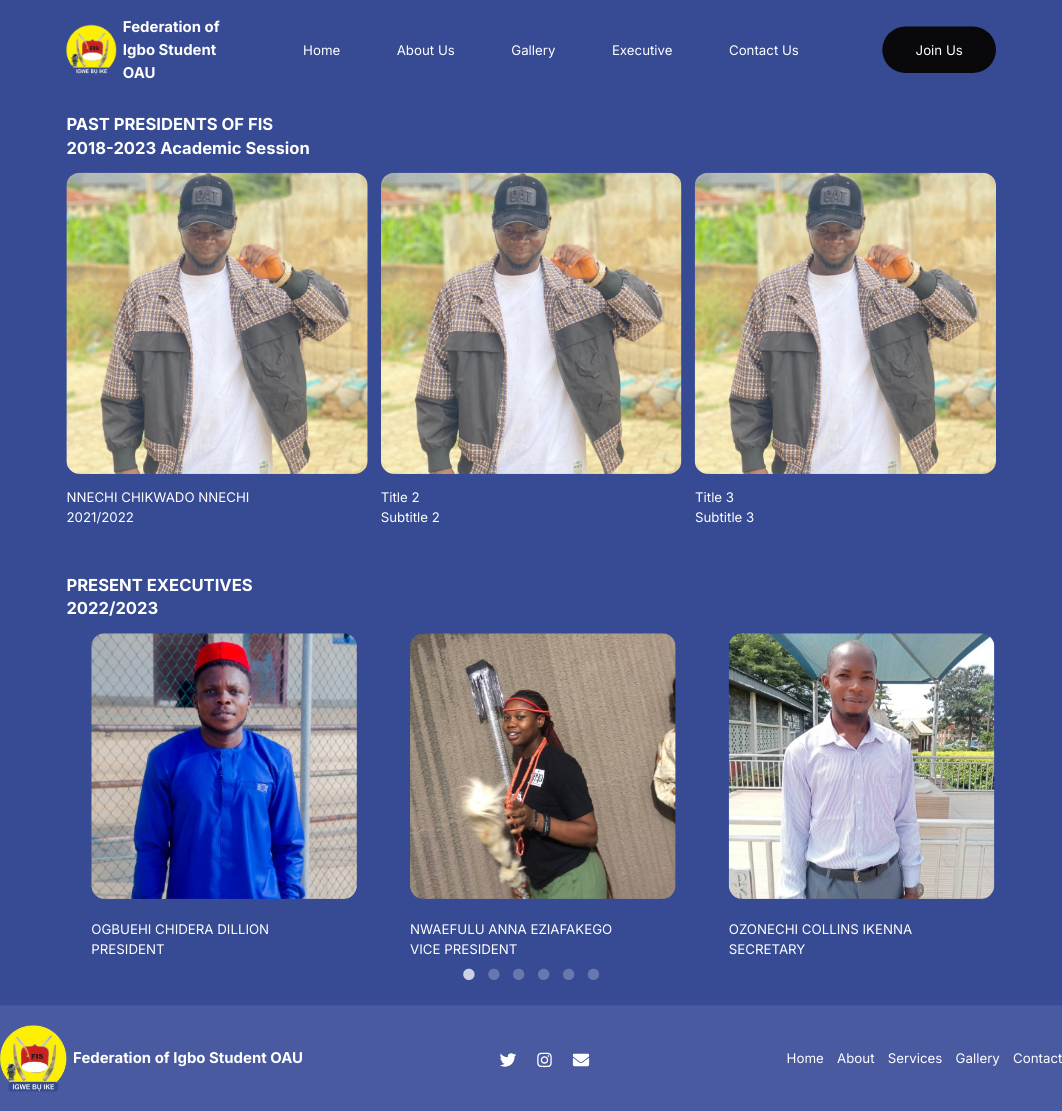
Repository: akinolapo/fis
Page: /executive
The author's editor kept a copy of each file at every save. The page is drawn from the files as they stood at one save, then again after the next save.
The browser window is 1280 px wide. The pictures show the whole page, at 83% of full size.
The project was rebuilt for these pictures with package versions that can differ from the ones it lists, and the page was loaded fresh each time. The framework's server and built-in components were replaced by stand-ins that run in the browser. Also part of the build but not shown: next.config.mjs.

Above is the page before, as saved 2024-05-06 23:14:39.

After the next save:
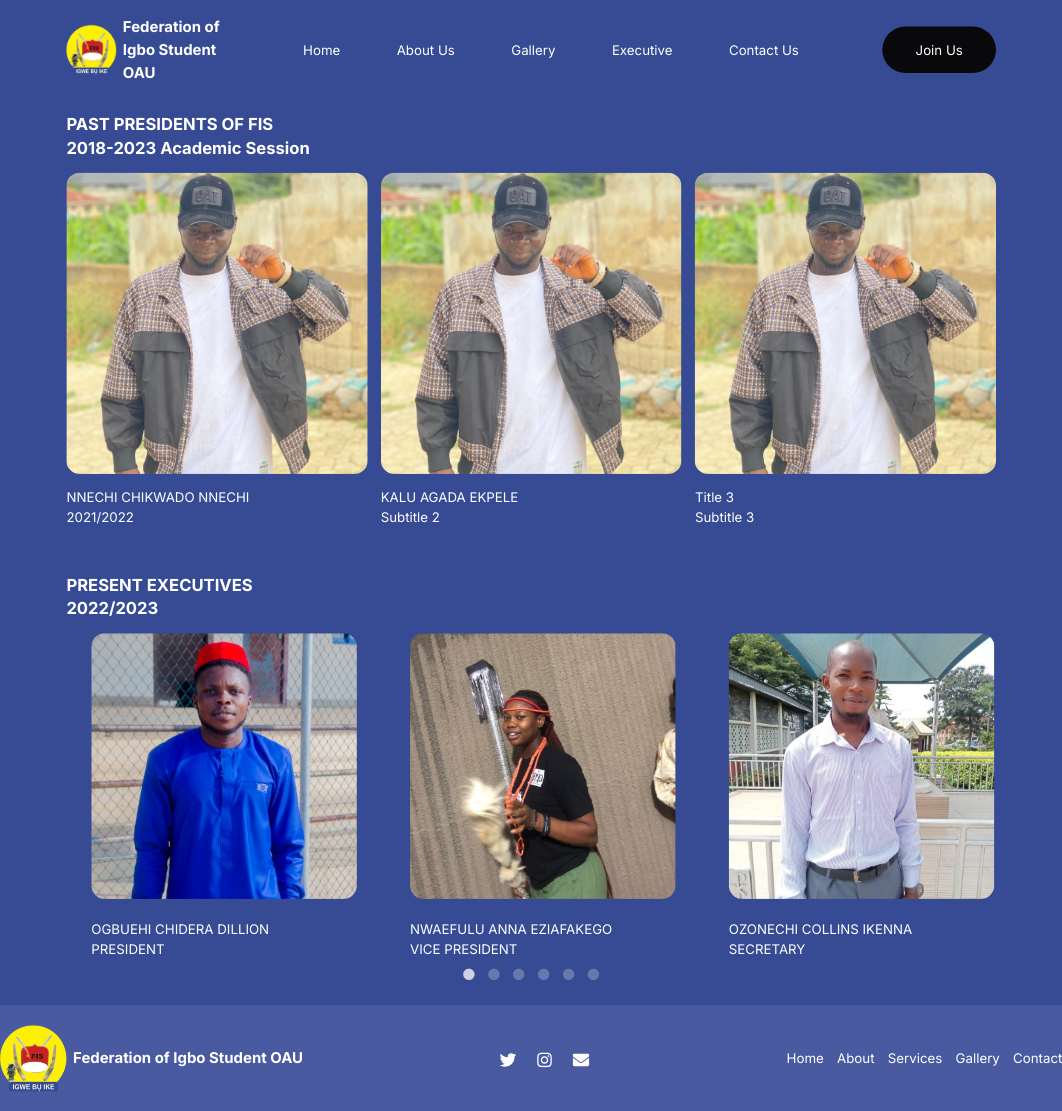
Saved 41 s later.
--- a/app/components/ImageTitle/ThreeImagesWithTitles.tsx
+++ b/app/components/ImageTitle/ThreeImagesWithTitles.tsx
@@ -12,7 +12,7 @@
         />
         <ImageWithTitle
           imageSrc="/images/exc1.jpeg"
-          title="Title 2"
+          title="KALU AGADA EKPELE"
           subtitle="Subtitle 2"
         />
         <ImageWithTitle
